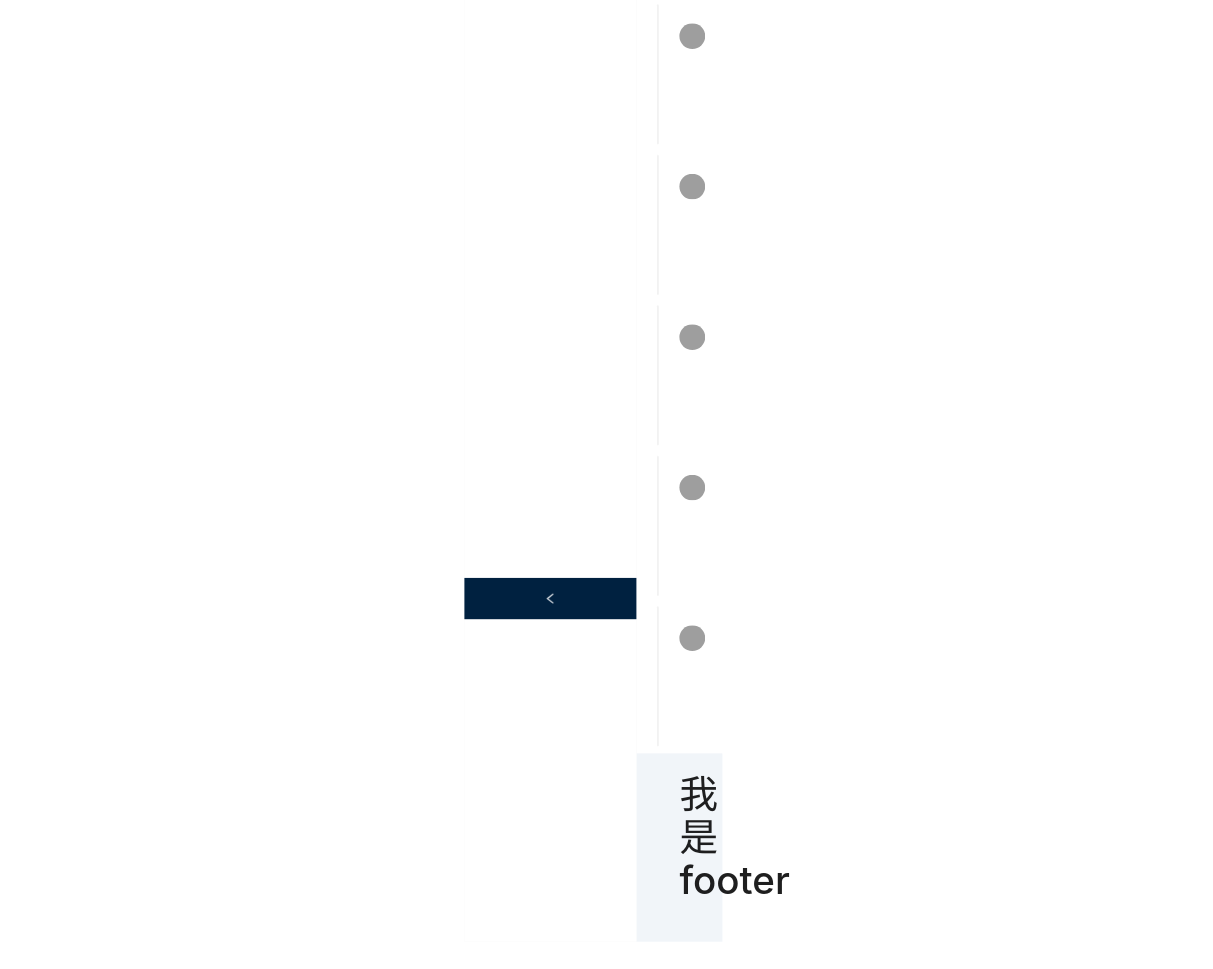
Repository: chenyl8848/chen-tool-collection
Page: /
These files come from the project's save history. The page is drawn as it stood at one moment and after the next save; the edit follows.
The browser window is 1280 px wide. The page is 1410 px wide, so the pictures cover 1410 px, including what lies to the right of the window. The pictures show the whole page, at 86% of full size.
Pictures or frames that could not be fetched are drawn as grey boxes. The project was rebuilt for these pictures with package versions that can differ from the ones it lists, and the page was loaded fresh each time. Also part of the build but not shown: vite.config.ts, src/components/HelloWorld.vue.

Above is the page before, as saved 2024-01-12 16:13:04.

### src/main.ts
import { createApp } from 'vue'
import './style.css'

// import Antd from 'ant-design-vue';
import 'ant-design-vue/dist/reset.css';

import router from './router';
import store from './store';

import App from './App.vue'

const app = createApp(App)

// app.use(Antd)
app.use(router)
app.use(store)

app.mount('#app')

### src/router/index.ts
import { createRouter, createWebHistory, RouteRecordRaw } from "vue-router"

import HelloWorld from '@/components/HelloWorld.vue'
import Home from '@/pages/Home.vue'

const routes: RouteRecordRaw[] = [
    {
        path: '/',
        component: Home
    },
    {
        path: '/hello',
        component: HelloWorld
    }
]

const router = createRouter({
    history: createWebHistory(),
    routes
})

export default router

### src/store/index.ts
import { createPinia } from "pinia";

const store = createPinia()

export default store

### src/App.vue
<script setup lang="ts">
import Layout from '@/layout/index.vue';
</script>

<template>
  <div>
    <Layout></Layout>
  </div>
</template>

<style scoped>
</style>

### src/pages/Home.vue
<script lang="ts" setup>

import useToolStore from '@/store/module/tool';
import { ToolsType } from '@/tools';
import { onMounted } from 'vue';

const toolStore = useToolStore()
let tools: Array<ToolsType> = []

onMounted(() => {
    tools = toolStore.allTools
    console.log(tools, "toolssssssssss")
})
</script>

<template>
    <h1>全部工具</h1>

    <div style="padding: 8px">
        <a-row :gutter="16">
            <a-col :span="6" v-for="item in tools" style="margin-top: 12px;">
                <a-card :bordered="true" hoverable>
                    <!-- <p>{{ item.description }}</p>
                    hoverable  -->

                    <a-card-meta :title="item.name" description="This is the description">
                        <template #avatar>
                            <a-avatar src="https://joeschmoe.io/api/v1/random" />
                        </template>
                    </a-card-meta>
                </a-card>
            </a-col>
        </a-row>
    </div>
</template>

### src/layout/index.vue
<script lang="ts" setup>

import Siderbar from '@/layout/siderbar/index.vue'
import Header from '@/layout/header/index.vue'
import Content from '@/layout/content/index.vue'
import Footer from '@/layout/footer/index.vue'
import { ref } from 'vue';
const collapsed = ref<boolean>(false);

</script>

<template>
    <a-layout class="layout">
        <a-layout-sider v-model:collapsed="collapsed" collapsible class="layout-siderbar">
            <Siderbar></Siderbar>
        </a-layout-sider>
        <a-layout>
            <a-layout-header class="layout-header">
                <Header></Header>
            </a-layout-header>
            <a-layout-content class="layout-content">
                <Content></Content>
            </a-layout-content>
            <a-layout-footer class="layout-footer">
                <Footer></Footer>
            </a-layout-footer>
        </a-layout>
    </a-layout>
</template>

<style scoped>
.layout {
    min-height: 100vh;

}

.layout-siderbar {
    background-color: white;

}

.layout-header {
    background: #fff;
    padding: 0
}

.layout-content {
    margin: 0 16px;
    background-color: #f1f5f9;
}

.layout-footer {
    text-align: center;
    background-color: #f1f5f9;
}
</style>

### src/store/module/tool.ts
import { defineStore } from "pinia";
import { tools, ToolsType, MenuType } from "@/tools";
import { RouteRecordRaw } from "vue-router"
import router from "@/router";
import { h } from "vue";
import HelloWorld from '@/components/HelloWorld.vue'

import {
    PieChartOutlined,
    MailOutlined,
    DesktopOutlined,
    InboxOutlined,
    AppstoreOutlined,
} from '@ant-design/icons-vue';

const useToolStore = defineStore('toolStore', () => {

    const getMenus = generateDynamicMenus(tools)
    const getRoutes = generateDynamicRoutes(tools)
    const allTools:Array<ToolsType> = []
    generateAllTools(tools, allTools)

    return {
        getMenus,
        getRoutes,
        allTools
    }
})

const generateDynamicMenus = (tools: Array<ToolsType>): Array<MenuType> => {
    let menus: Array<MenuType> = []

    tools.forEach((item) => {
        let children: Array<MenuType> = []

        if (item.list) {
            children = generateDynamicMenus(item.list)
        }

        let menu: MenuType = {
            key: item.path,
            title: item.name,
            label: item.name,
            path: item.path,
            icon: () => h(AppstoreOutlined)
        }

        if (children.length > 0) {
            menu.children = children
        }

        menus.push(menu)
    })

    return menus;
}

const generateDynamicRoutes = (tools: Array<ToolsType>): Array<RouteRecordRaw> => {

    let routes: Array<RouteRecordRaw> = []

    tools.forEach((item: ToolsType) => {
        let children: Array<RouteRecordRaw> = []
        if (item.list) {
            generateDynamicRoutes(item.list)
        }

        let route: RouteRecordRaw = {
            name: item.name,
            path: item.path,
            component: HelloWorld,
            children: children
        }
        router.addRoute(route)
        routes.push(route)
    });

    return routes
}

const generateAllTools = (tools: Array<ToolsType>,toolList: Array<ToolsType>): Array<ToolsType> => {

    // let toolList: Array<ToolsType> = []

    tools.forEach((item: ToolsType) => {
        if (!item.list) {
            toolList.push(item)
        } else {
            generateAllTools(item.list, toolList)
        }

    })


    console.log(toolList, "ttttttttttttoooooooooo")
    return toolList
}

export default useToolStore

### src/layout/siderbar/index.vue
<script lang="ts" setup>
import Logo from '@/layout/siderbar/logo/index.vue'
import Menu from '@/layout/siderbar/menu/index.vue'
</script>

<template>
  <div>
    <div class="logo">
      <Logo></Logo>
    </div>
    <Menu></Menu>
  </div>
</template>

<style scoped>
.logo {
  padding: 5px;
  height: 90px;
}
</style>

### src/layout/header/index.vue
<script lang="ts" setup>
import { h } from 'vue';
import {
  HomeOutlined,
  GithubOutlined,
  WechatOutlined,
  InfoCircleOutlined,
  HeartTwoTone
} from '@ant-design/icons-vue';
import router from '@/router';

const goHome = () => {
  router.push('/')
}

const onSearch = () => {
  console.log('onSearchhhhhhhhhhhh')
}
</script>

<template>
  <div class="header">
    <a-flex gap="middle" horizontal>
      <a-tooltip>
        <template #title>主页</template>
        <home-outlined class="icon" @click="goHome()" />
      </a-tooltip>
      <a-input-search v-model:value="value" placeholder="input search text" style="min-width: 400px" @search="onSearch" />
      <a-tooltip>
        <template #title>Github</template>
        <github-outlined class="icon" />
      </a-tooltip>
      <a-tooltip>
        <template #title>微信公众号</template>
        <wechat-outlined class="icon" />
      </a-tooltip>
      <a-tooltip>
        <template #title>关于</template>
        <info-circle-outlined class="icon" />
      </a-tooltip>
      <a-button :icon="h(HeartTwoTone)" href="https://www.google.com" style="">打赏</a-button>
    </a-flex>
  </div>
</template>

<style scoped>
.header {
  margin: 18px 12px 0px 12px;
}

.icon {
  font-size: 24px;
  margin-top: 4px;
}
</style>

### src/layout/content/index.vue
<script lang="ts" setup>
import Breadcrumb from '@/layout/content/breadcrumb.vue'
</script>

<template>
  <Breadcrumb></Breadcrumb>
  <div class="content">
    <router-view></router-view>
  </div>
</template>

<style scoped>
.content {
  padding: '24px';
  background: #f1f5f9;
  min-height: 480px
}
</style>

### src/layout/footer/index.vue
<script lang="ts" setup>

</script>

<template>
  <div>
    <h1>我是footer</h1>
  </div>
</template>

### src/tools.ts
export interface ToolsType {
    name: string,
    icon?: string,
    description?: string,
    path: string,
    list?: Array<ToolsType>
}

export interface MenuType {
    key: string,
    icon: any,
    label: string,
    title: string,
    path?: string,
    children?: Array<MenuType>
}

export const tools: Array<ToolsType> = [
    {
        name: '图片&视频',
        icon: 'map',
        path: '/images',
        list: [
            {
                name: '地图',
                icon: '',
                path: '/map',
                description: '一个地图'
            }
        ]
    },
    {
        name: '编程开发',
        icon: 'develop',
        path: '/develop',
        list: [
            {
                name: 'XML转JSON',
                icon: '',
                path: '/xml'
            },
            {
                name: 'IP地址查询',
                icon: '',
                path: '/ip'
            },

        ]
    },
    {
        name: '游戏',
        icon: 'map',
        path: '/game',
        list: [
            {
                name: 'XML转JSON',
                icon: '',
                path: '/json'
            },
            {
                name: 'IP地址查询',
                icon: '',
                path: '/query'
            },

        ]
    },

]

### src/layout/siderbar/logo/index.vue
<script lang="ts" setup>

</script>

<template>
  <div>
    <h1>我是logo</h1>
  </div>
</template>

### src/layout/siderbar/menu/index.vue
<template>
  <div>
    <a-menu mode="inline" :inline-collapsed="state.collapsed" :items="items" @click="jumpTo"></a-menu>
  </div>
</template>
<script lang="ts" setup>
import { reactive, h, onMounted } from 'vue';
import {
  PieChartOutlined,
  MailOutlined,
  DesktopOutlined,
  InboxOutlined,
  AppstoreOutlined,
} from '@ant-design/icons-vue';
import useToolStore from "@/store/module/tool";
import router from '@/router';

const state = reactive({
  collapsed: false
});

const items = reactive([]);

onMounted(() => {
  getMenus()
})

const getMenus = () => {
  const toolStore = useToolStore()
  let menus = toolStore.getMenus
  items.push(...menus)
}

const jumpTo = ({ item, key, keyPath }) => {

  console.log(item, key, keyPath, "hleoo")
  router.push(key)
}
</script>

### src/layout/content/breadcrumb.vue
<template>
    <a-breadcrumb class="breadcrumb">
        <a-breadcrumb-item>User</a-breadcrumb-item>
        <a-breadcrumb-item>Bill</a-breadcrumb-item>
    </a-breadcrumb>
</template>

<style scoped>
.breadcrumb {
    margin: 16px 0;
}
</style>

Loaded but not shown: index.html (common file); src/style.css (common file)

After the next save:
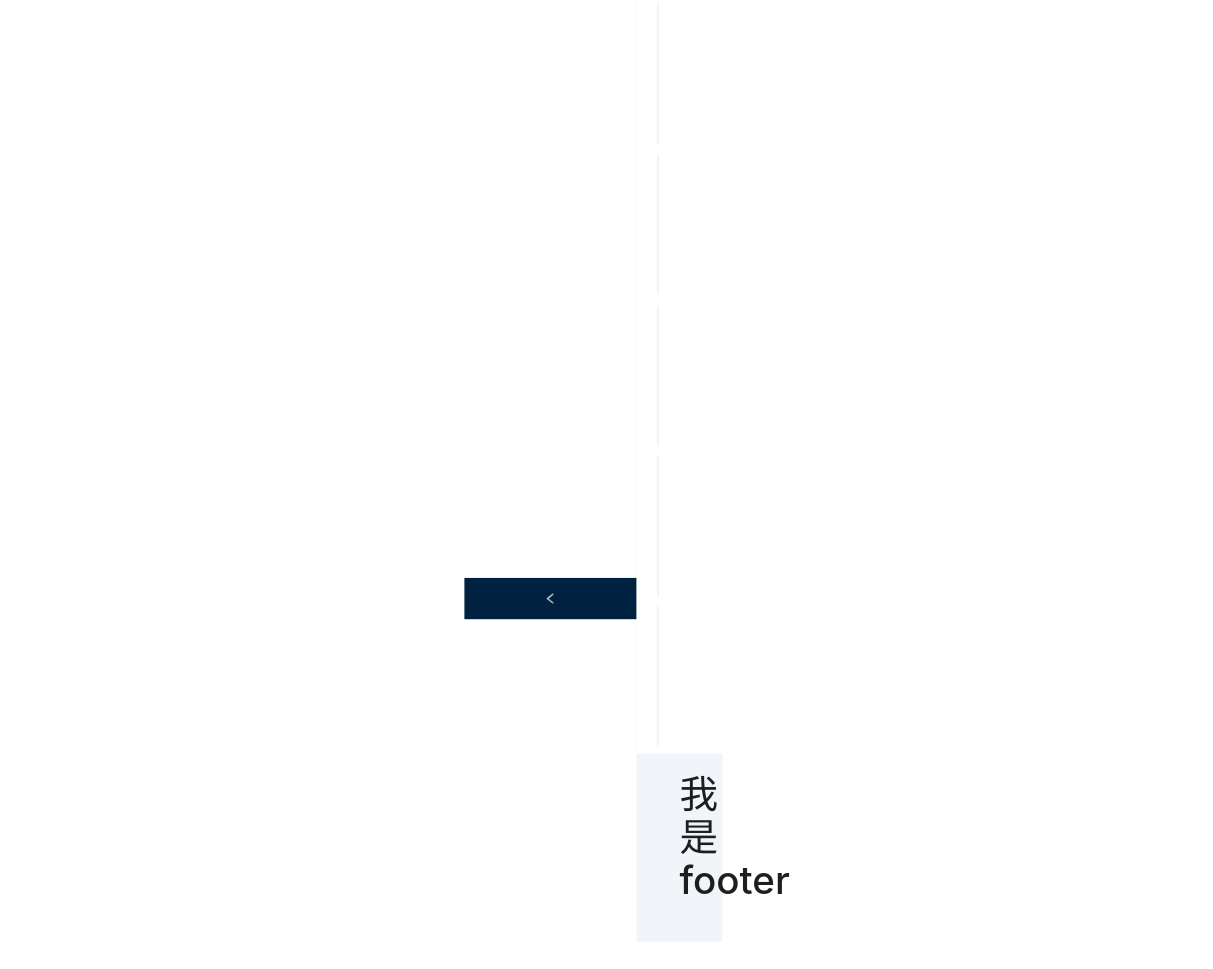
Saved 33 s later.
--- a/src/pages/Home.vue
+++ b/src/pages/Home.vue
@@ -24,7 +24,7 @@
                     hoverable  -->
 
                     <a-card-meta :title="item.name" description="This is the description">
-                        <template #avatar>
+                        <template  #cover>
                             <a-avatar src="https://joeschmoe.io/api/v1/random" />
                         </template>
                     </a-card-meta>

After the 2 saves that followed:
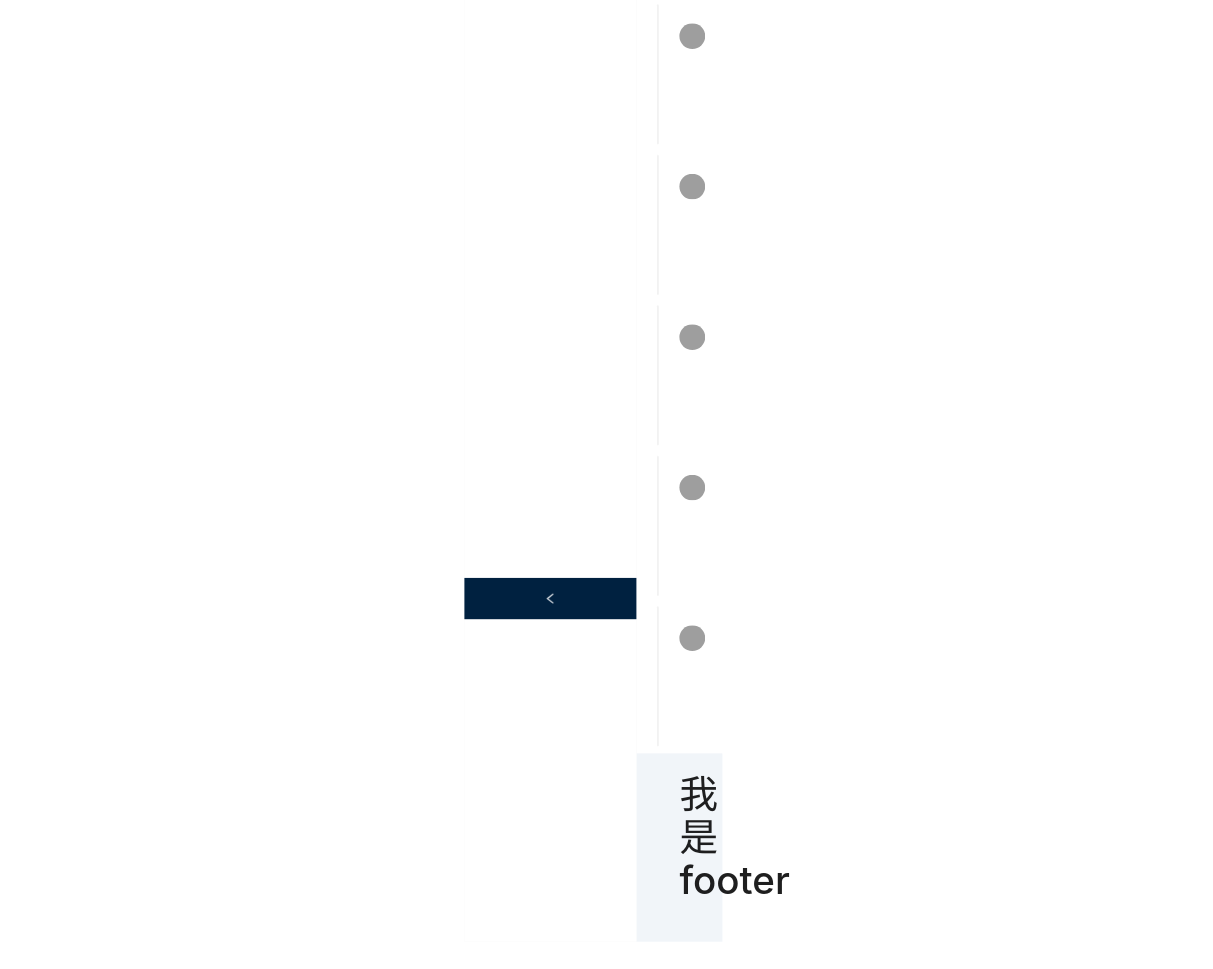
The 2 saves are shown as one change because they came seconds apart.
The last was saved 8 s later.
--- a/src/pages/Home.vue
+++ b/src/pages/Home.vue
@@ -24,7 +24,7 @@
                     hoverable  -->
 
                     <a-card-meta :title="item.name" description="This is the description">
-                        <template  #cover>
+                        <template #avatar>
                             <a-avatar src="https://joeschmoe.io/api/v1/random" />
                         </template>
                     </a-card-meta>
